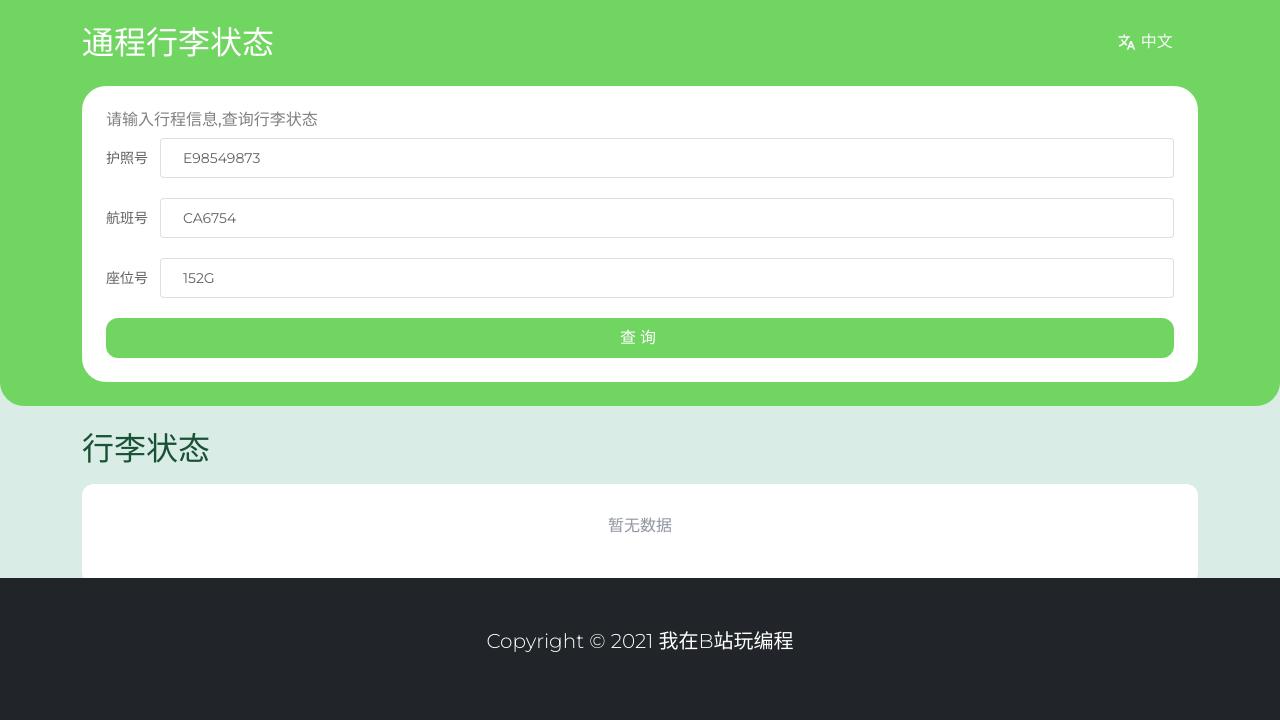
Repository: jhonMacTavish/through-baggage-web
Page: /
These files come from the project's save history. The page is drawn as it stood at one moment and after the next save; the edit follows.
The browser window is 1280 px wide. The pictures show the whole page.
The project was rebuilt for these pictures with package versions that can differ from the ones it lists, and the page was loaded fresh each time. Also part of the build but not shown: vite.config.js, src/components/Main copy.vue, src/components/NavBar.vue, src/components/Scanner.vue. Imported but missing from the stored project, and not drawn on this page: src/assets/icons/GlobeIcon.vue, src/assets/icons/LogoIcon.vue, src/assets/icons/ProfileIcon.vue, src/assets/icons/QuestionIcon.vue.

Above is the page before, as saved 2025-02-24 12:11:32.

### index.html
<!--
 * @Author: error: error: git config user.name & please set dead value or install git && error: git config user.email & please set dead value or install git & please set dead value or install git
 * @Date: 2025-02-23 17:18:54
 * @LastEditors: error: error: git config user.name & please set dead value or install git && error: git config user.email & please set dead value or install git & please set dead value or install git
 * @LastEditTime: 2025-02-24 12:03:02
 * @FilePath: \through_baggage_webt:\Projects\VS Code\vue-bootstrap-master\index.html
 * @Description: 这是默认设置,请设置`customMade`, 打开koroFileHeader查看配置 进行设置: https://github.com/OBKoro1/koro1FileHeader/wiki/%E9%85%8D%E7%BD%AE
-->
<!doctype html>
<html lang="en">
  <head>
    <meta charset="UTF-8" />
    <link rel="icon" type="image/svg+xml" href="/vite.svg" />
    <meta name="viewport" content="width=device-width, initial-scale=1.0" />
    <title>through baggage web</title>
  </head>
  <body>
    <div id="app" style="min-width: 375px;"></div>
    <script type="module" src="/src/main.js"></script>
  </body>
</html>

### src/main.js
/*
 * @Author: error: error: git config user.name & please set dead value or install git && error: git config user.email & please set dead value or install git & please set dead value or install git
 * @Date: 2025-02-23 17:18:54
 * @LastEditors: error: error: git config user.name & please set dead value or install git && error: git config user.email & please set dead value or install git & please set dead value or install git
 * @LastEditTime: 2025-02-24 00:55:03
 * @FilePath: \through_baggage_webt:\Projects\VS Code\vue-bootstrap-master\src\main.js
 * @Description: 这是默认设置,请设置`customMade`, 打开koroFileHeader查看配置 进行设置: https://github.com/OBKoro1/koro1FileHeader/wiki/%E9%85%8D%E7%BD%AE
 */
import { createApp } from 'vue';
// import PrimeVue from 'primevue/config';
// import AnimateOnScroll from 'primevue/animateonscroll';

// Import all of Bootstrap's CSS
import "bootstrap/dist/css/bootstrap.css";
// import 'primevue/resources/themes/aura-light-green/theme.css'
import './style.css';
import App from './App.vue';
import i18n from './i18n';


const app = createApp(App);

app.use(i18n);
// app.use(PrimeVue);
// app.directive('animateonscroll', AnimateOnScroll);
app.mount('#app');

import 'bootstrap/dist/js/bootstrap';

### src/components/Main.vue
<!--
 * @Author: error: error: git config user.name & please set dead value or install git && error: git config user.email & please set dead value or install git & please set dead value or install git
 * @Date: 2025-02-23 20:06:20
 * @LastEditors: error: error: git config user.name & please set dead value or install git && error: git config user.email & please set dead value or install git & please set dead value or install git
 * @LastEditTime: 2025-02-24 12:10:57
 * @FilePath: \through_baggage_webt:\Projects\VS Code\vue-bootstrap-master\src\components\Main.vue
 * @Description: 这是默认设置,请设置`customMade`, 打开koroFileHeader查看配置 进行设置: https://github.com/OBKoro1/koro1FileHeader/wiki/%E9%85%8D%E7%BD%AE
-->
<template>
  <section class="p-4 pb-3 bg-green">
    <div class="container d-flex justify-content-between align-items-center">
      <!-- <h2 class="text-center text-white" :style="`font-size: ${locale == 'en'? '16px': ''}`" >{{$t('messages.prompText.pageTitle')}}</h2> -->
      <h2 v-if="locale == 'zh'" class="text-center text-white">
        {{ $t("messages.prompText.pageTitle") }}
      </h2>
      <h6 v-else class="text-center text-white">
        {{ $t("messages.prompText.pageTitle") }}
      </h6>
      <div class="select-group">
        <el-dropdown
          size="large"
          trigger="click"
          style="margin: 2px 0 0 4px; font-size: 16px"
        >
          <span class="el-dropdown-link text-light">
            <svg
              data-v-f414ea64=""
              viewBox="0 0 24 24"
              width="1.2em"
              height="1.2em"
            >
              <path
                fill="currentColor"
                d="m18.5 10l4.4 11h-2.155l-1.201-3h-4.09l-1.199 3h-2.154L16.5 10h2zM10 2v2h6v2h-1.968a18.222 18.222 0 0 1-3.62 6.301a14.864 14.864 0 0 0 2.336 1.707l-.751 1.878A17.015 17.015 0 0 1 9 13.725a16.676 16.676 0 0 1-6.201 3.548l-.536-1.929a14.7 14.7 0 0 0 5.327-3.042A18.078 18.078 0 0 1 4.767 8h2.24A16.032 16.032 0 0 0 9 10.877a16.165 16.165 0 0 0 2.91-4.876L2 6V4h6V2h2zm7.5 10.885L16.253 16h2.492L17.5 12.885z"
              ></path>
            </svg>
            {{ $t(`messages.langs.${locale}`) }}
            <el-icon class="el-icon--right">
              <i-ep-Arrow-down />
            </el-icon>
          </span>
          <template #dropdown>
            <el-dropdown-menu>
              <el-dropdown-item @click="changeLang('zh')"
                >中文</el-dropdown-item
              >
              <el-dropdown-item @click="changeLang('en')"
                >English</el-dropdown-item
              >
            </el-dropdown-menu>
          </template>
        </el-dropdown>
      </div>
    </div>
  </section>

  <section class="p-4 bg-green pt-0 rd-form">
    <div class="container">
      <div class="p-4 form-bg">
        <h6 class="form-title">{{ $t("messages.userText.formTitle") }}</h6>
        <el-form
          ref="ruleFormRef"
          :model="ruleForm"
          status-icon
          :rules="rules"
          label-width="auto"
        >
          <el-form-item
            class="item-marginBt"
            size="large"
            :label="$t('messages.userText.formInfo.passportNo')"
            prop="pptNo"
          >
            <el-input
              v-model="ruleForm.pptNo"
              maxlength="9"
              :formatter="(value) => value.toUpperCase()"
            >
              <template #prefix>
                <i-ep-Postcard />
              </template>
            </el-input>
          </el-form-item>
          <el-form-item
            class="item-marginBt"
            size="large"
            :label="$t('messages.userText.formInfo.flightNo')"
            prop="fltNo"
          >
            <el-input
              v-model="ruleForm.fltNo"
              maxlength="6"
              :formatter="(value) => value.toUpperCase()"
            >
              <template #prefix>
                <i-ep-Calendar />
              </template>
            </el-input>
          </el-form-item>
          <el-form-item
            class="item-marginBt"
            size="large"
            :label="$t('messages.userText.formInfo.seatNo')"
            prop="setNo"
          >
            <el-input
              v-model="ruleForm.setNo"
              maxlength="4"
              :formatter="(value) => value.toUpperCase()"
            >
              <template #prefix>
                <i-ep-PriceTag />
              </template>
            </el-input>
          </el-form-item>
          <el-form-item size="large">
            <el-button
              class="w-100 submitBtn"
              type="primary"
              @click="submitForm(ruleFormRef)"
            >
              <text
                :style="`
    letter-spacing: ${locale == 'zh' ? '4px' : ''};`"
                >{{ $t("messages.userText.formButton") }}</text
              >
            </el-button>
          </el-form-item>
        </el-form>
      </div>
    </div>
  </section>

  <section class="p-4 flex1">
    <div class="container">
      <h2 v-if="locale == 'zh'" class="info-title mb-3">
        {{ $t("messages.baggageText.stateTitle") }}
      </h2>
      <h6 v-else class="info-title mb-3">
        {{ $t("messages.baggageText.stateTitle") }}
      </h6>
      <div
        class="info-content p-4 d-flex justify-content-center align-items-center"
      >
        <p class="text-center">
          {{ $t('messages.baggageText.stateInfo.state0.str1') }}<br /><span
            class="attention"
            >{{ $t('messages.baggageText.stateInfo.state0.str2') }}</span
          >
        </p>
      </div>
    </div>
  </section>

  <footer class="p-4 text-center">
    <div class="container">
      <h6>{{ $t('messages.prompText.pageFooter') }}</h6>
    </div>
  </footer>

  <footer class="p-5 bg-dark text-center text-white w-100">
      <div class="container">
        <p class="lead">Copyright &copy; 2021 我在B站玩编程</p>
      </div>
    </footer>
</template>

<script lang="ts" setup>
import { onBeforeMount, onMounted, reactive, ref } from "vue";
import type { FormInstance, FormRules } from "element-plus";
import axios from "axios";
import { useI18n } from "vue-i18n";

const { locale, t } = useI18n();
const ruleFormRef = ref<FormInstance>();
const prompts = {
  res1: { str1: "您的行李已确认安全", str2: "请通行" },
  res2: { str1: "您没有托运行李", str2: "请通行" },
  res3: { str1: "您的行李尚未完全通过检查", str2: "请耐心等待" },
  res4: { str1: "很抱歉，未能查询到您的", str2: "行程及行李信息" },
};
let prompt = reactive({ str1: "暂无数据", str2: "" });

const changeLang = (type: string) => {
  console.log(type);
  locale.value = type;
  localStorage.setItem("lang", type);

  rules.pptNo[0].validator = createValidator(/^[G|E|P|S|D|C]\d{8}$/, t('messages.userText.validateText.passportNo'));
  rules.fltNo[0].validator = createValidator(/^[G|E|P|S|D|C]\d{8}$/, t('messages.userText.validateText.flightNo'));
  rules.setNo[0].validator = createValidator(/^[G|E|P|S|D|C]\d{8}$/, t('messages.userText.validateText.seatNo'));
};

// 表单验证规则
const createValidator = (pattern: RegExp, errorMsg: string) => {
  return (_rule: any, value: string, callback: any) => {
    console.log(value);
    console.log(pattern.test(value));
    if (!pattern.test(value)) {
      callback(new Error(errorMsg));
    } else {
      callback();
    }
  };
};

const ruleForm = reactive({
  pptNo: "E98549873",
  fltNo: "CA6754",
  setNo: "152G",
});

const rules: FormRules<typeof ruleForm> = {
  pptNo: [
    {
      validator: createValidator(/^[G|E|P|S|D|C]\d{8}$/, t('messages.userText.validateText.passportNo')),
      trigger: "blur",
    },
  ],
  fltNo: [
    {
      validator: createValidator(/^[A-Z]{2}\d{3,4}$/, t('messages.userText.validateText.flightNo')),
      trigger: "blur",
    },
  ],
  setNo: [
    {
      validator: createValidator(/^\d{1,3}[A-Z]$/, t('messages.userText.validateText.seatNo')),
      trigger: "blur",
    },
  ],
};

const submitForm = async (formEl: FormInstance | undefined) => {
  if (!formEl) return;
  try {
    const valid = await formEl.validate();
    if (valid) {
      const params = ruleForm;

      prompt.str1 = prompts.res3.str1;
      prompt.str2 = prompts.res3.str2;

      console.log(prompt);
      await axios.get("/api/baggages/status", { params }).then((res) => {
        console.log(res);
      });
    }
  } catch (error) {
    console.log(error);
  }
};

const resize = () => {};

onBeforeMount(() => {});

onMounted(() => {});
</script>

<style lang="less" scoped>
.bg-green {
  background-color: #71d561;
}

.rd-form {
  border-bottom-left-radius: 24px;
  border-bottom-right-radius: 24px;
}

.item-marginBt {
  margin-bottom: 20px;
}

.el-form-item:last-child {
  margin: 0;
}

.form-bg {
  background-color: white;
  border-radius: 24px;

  .form-title {
    color: gray;
  }
}

.submitBtn {
  border-radius: 12px;
  background-color: #71d561;
  border: none;

  text {
    font-size: 16px;
  }
}

.info-title {
  color: #195135;
  // font-size: 24px;
}

.info-content {
  width: 100%;
  height: 100px;
  border-radius: 12px;
  font-size: 16px;
  color: #9095a0;
  background-color: white;

  .attention {
    font-size: 24px;
    font-weight: bold;
  }
}

.select-group {
  position: relative;
  top: -4px;
  color: white;
  // font-weight: bold;
  // top: 20px;
  // right: 0;
}

.flex1 {
  flex: 1;
}

footer {
  position: absolute;
  bottom: 0;
  color: #195135;
}
</style>

### src/style.css
@import url('https://fonts.googleapis.com/css2?family=Montserrat:ital,wght@0,100..900;1,100..900&display=swap');

* {
  margin: 0;
  padding: 0;
  box-sizing: border-box;
}

body {
    font-family: "Montserrat", sans-serif;
    background-color: #D9EDE6;
}

#app{
  position: relative;
  height: 100vh;
}

### src/App.vue
<!--
 * @Author: error: error: git config user.name & please set dead value or install git && error: git config user.email & please set dead value or install git & please set dead value or install git
 * @Date: 2025-02-23 17:18:54
 * @LastEditors: error: error: git config user.name & please set dead value or install git && error: git config user.email & please set dead value or install git & please set dead value or install git
 * @LastEditTime: 2025-02-24 11:56:03
 * @FilePath: \through_baggage_webt:\Projects\VS Code\vue-bootstrap-master\src\App.vue
 * @Description: 这是默认设置,请设置`customMade`, 打开koroFileHeader查看配置 进行设置: https://github.com/OBKoro1/koro1FileHeader/wiki/%E9%85%8D%E7%BD%AE
-->
<script setup>
import Main from './components/Main.vue';

</script>

<template>
    <Main />
</template>

<style scoped></style>

### src/i18n/index.js
/*
 * @Author: error: error: git config user.name & please set dead value or install git && error: git config user.email & please set dead value or install git & please set dead value or install git
 * @Date: 2025-02-24 00:19:55
 * @LastEditors: error: error: git config user.name & please set dead value or install git && error: git config user.email & please set dead value or install git & please set dead value or install git
 * @LastEditTime: 2025-02-24 00:49:13
 * @FilePath: \through_baggage_webt:\Projects\VS Code\vue-bootstrap-master\src\i18n\index.js
 * @Description: 这是默认设置,请设置`customMade`, 打开koroFileHeader查看配置 进行设置: https://github.com/OBKoro1/koro1FileHeader/wiki/%E9%85%8D%E7%BD%AE
 */
import { createI18n } from 'vue-i18n';
import messages from './messages';

const i18n = createI18n({
    legacy: false,
    locale: localStorage.getItem('lang') || 'zh',
    messages,
});

export default i18n;

### src/i18n/messages.js
/*
 * @Author: error: error: git config user.name & please set dead value or install git && error: git config user.email & please set dead value or install git & please set dead value or install git
 * @Date: 2025-02-24 00:48:16
 * @LastEditors: error: error: git config user.name & please set dead value or install git && error: git config user.email & please set dead value or install git & please set dead value or install git
 * @LastEditTime: 2025-02-24 01:03:11
 * @FilePath: \through_baggage_webt:\Projects\VS Code\vue-bootstrap-master\src\i18n\messages.js
 * @Description: 这是默认设置,请设置`customMade`, 打开koroFileHeader查看配置 进行设置: https://github.com/OBKoro1/koro1FileHeader/wiki/%E9%85%8D%E7%BD%AE
 */
import zh from './langs/zh';
import en from './langs/en';

export default {
    zh,
    en,
};

### src/i18n/langs/zh.js
/*
 * @Author: error: error: git config user.name & please set dead value or install git && error: git config user.email & please set dead value or install git & please set dead value or install git
 * @Date: 2025-02-24 00:23:07
 * @LastEditors: error: error: git config user.name & please set dead value or install git && error: git config user.email & please set dead value or install git & please set dead value or install git
 * @LastEditTime: 2025-02-24 09:06:16
 * @FilePath: \through_baggage_webt:\Projects\VS Code\vue-bootstrap-master\src\i18n\langs\zh.js
 * @Description: 这是默认设置,请设置`customMade`, 打开koroFileHeader查看配置 进行设置: https://github.com/OBKoro1/koro1FileHeader/wiki/%E9%85%8D%E7%BD%AE
 */
export default {
  messages: {
    langs: {
      en: "English",
      zh: "中文",
    },

    prompText: {
      switchLang: "切换语言",
      pageTitle: "通程行李状态",
      pageFooter: "温馨提示：没有托运行李的旅客无需等待，可直接通行",
    },

    baggageText: {
      stateTitle: "行李状态",
      stateInfo: {
        state0: { str1: "暂无数据", str2: "" },
        state1: { str1: "您的行李已确认安全", str2: "请通行" },
        state2: { str1: "您没有托运行李", str2: "请通行" },
        state3: { str1: "您的行李尚未完全通过检查", str2: "请耐心等待" },
        state4: { str1: "很抱歉，未能查询到您的", str2: "行程及行李信息" },
      },
    },

    userText: {
      formTitle: "请输入行程信息,查询行李状态",
      formInfo: {
        passportNo: "护照号",
        flightNo: "航班号",
        seatNo: "座位号",
      },
      validateText: {
        passportNo: "请输入正确的护照号",
        flightNo: "请输入正确的航班号",
        seatNo: "请输入正确的座位号",
      },
      formButton: "查询",
    },
  },
};

### src/i18n/langs/en.js
/*
 * @Author: error: error: git config user.name & please set dead value or install git && error: git config user.email & please set dead value or install git & please set dead value or install git
 * @Date: 2025-02-24 00:23:07
 * @LastEditors: error: error: git config user.name & please set dead value or install git && error: git config user.email & please set dead value or install git & please set dead value or install git
 * @LastEditTime: 2025-02-24 09:12:31
 * @FilePath: \through_baggage_webt:\Projects\VS Code\vue-bootstrap-master\src\i18n\langs\zh.js
 * @Description: 这是默认设置,请设置`customMade`, 打开koroFileHeader查看配置 进行设置: https://github.com/OBKoro1/koro1FileHeader/wiki/%E9%85%8D%E7%BD%AE
 */
export default {
  messages: {
    langs: {
      en: "English",
      zh: "中文",
    },

    prompText: {
      switchLang: "Switch language",
      pageTitle: "Through baggage status",
      pageFooter: "Tips: Passengers without checked baggage can pass directly without waiting",
    },

    baggageText: {
      stateTitle: "Baggage status",
      stateInfo: {
        state0: { str1: "No data", str2: "" },
        state1: { str1: "Your luggage has been confirmed safe", str2: "Please pass" },
        state2: { str1: "You have no checked baggage", str2: "Please pass" },
        state3: { str1: "Your baggage has not yet been fully screened", str2: "Please wait" },
        state4: { str1: "Sorry, we could not find your", str2: "Itinerary and baggage information" },
      },
    },

    userText: {
      formTitle: "Please enter your itinerary information to check your luggage status",
      formInfo: {
        passportNo: "Passport No.",
        flightNo: "Flight No.",
        seatNo: "Seat No.",
      },
      validateText: {
        passportNo: "Enter your passport No.",
        flightNo: "Enter your flight No.",
        seatNo: "Enter your seat No.",
      },
      formButton: "Submit",
    },
  },
};

After the next save:
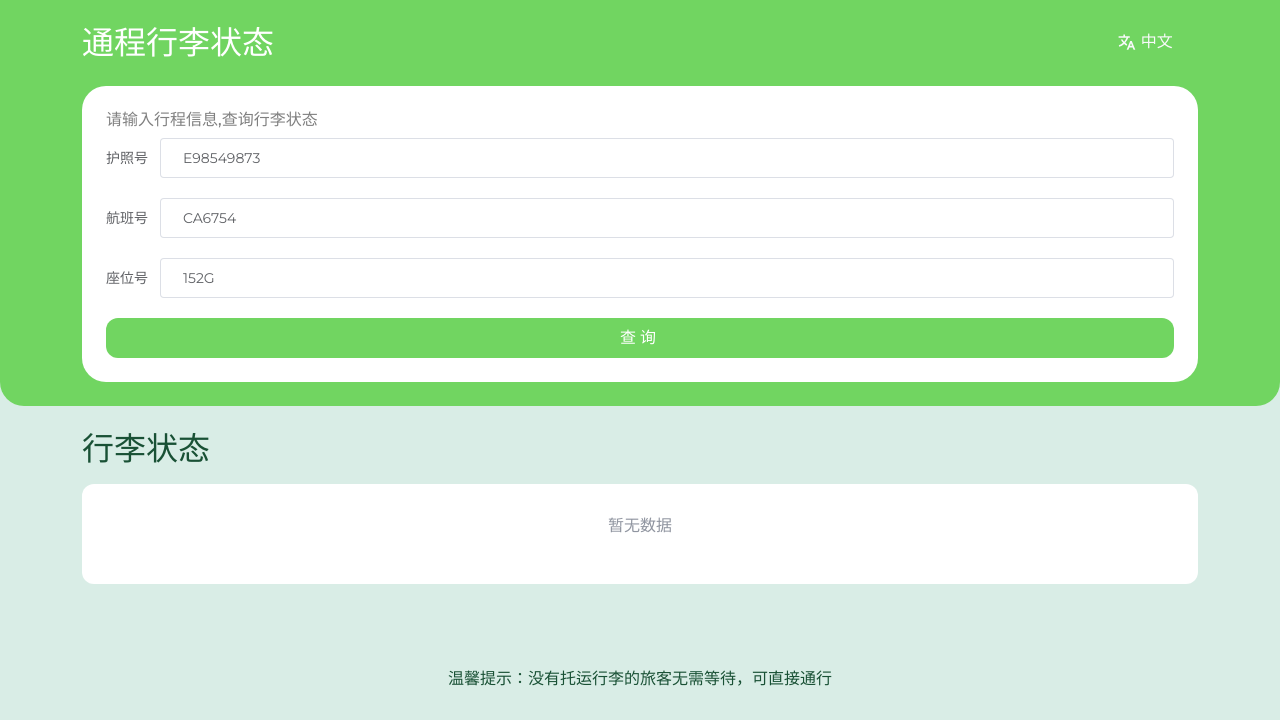
Saved 23 s later.
--- a/src/components/Main.vue
+++ b/src/components/Main.vue
@@ -152,17 +152,11 @@
     </div>
   </section>
 
-  <footer class="p-4 text-center">
+  <footer class="p-4 text-center w-100">
     <div class="container">
       <h6>{{ $t('messages.prompText.pageFooter') }}</h6>
     </div>
   </footer>
-
-  <footer class="p-5 bg-dark text-center text-white w-100">
-      <div class="container">
-        <p class="lead">Copyright &copy; 2021 我在B站玩编程</p>
-      </div>
-    </footer>
 </template>
 
 <script lang="ts" setup>
